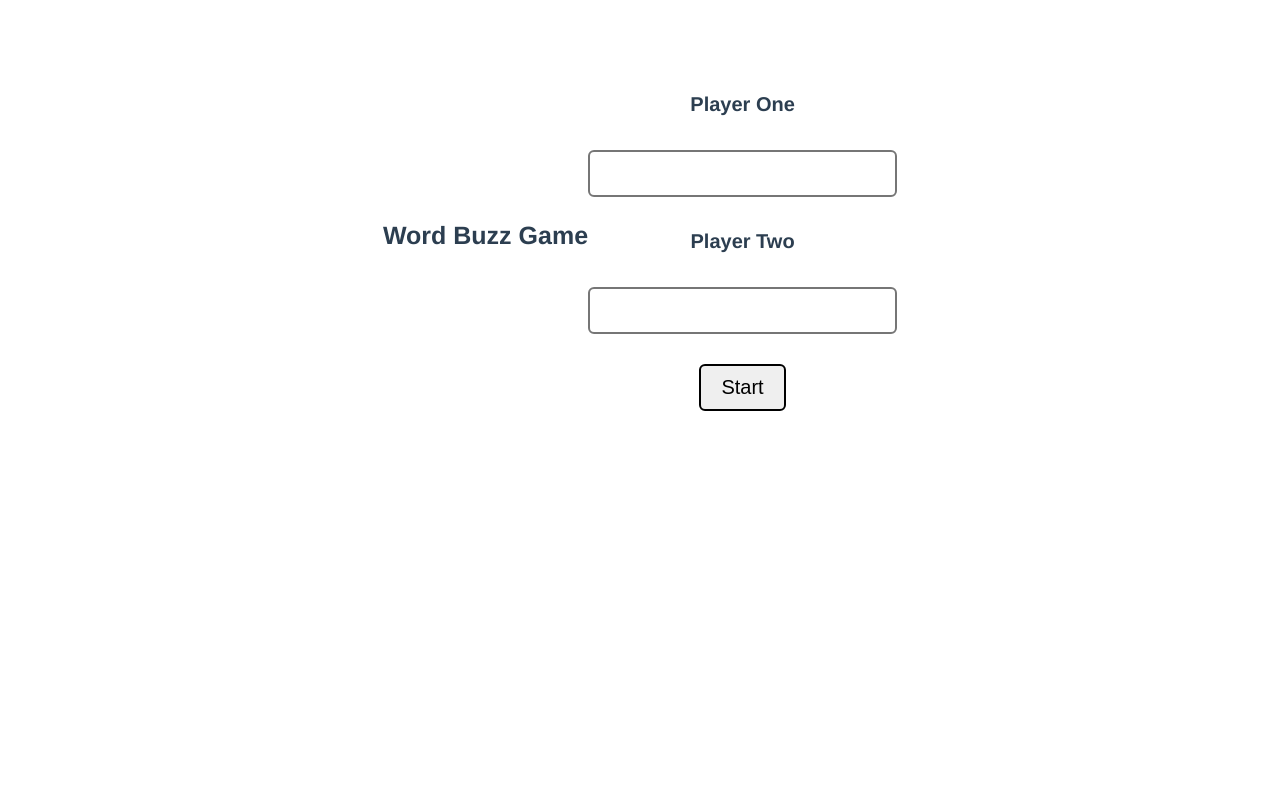
Repository: victorighalo/word-buzz-vue
Page: /
The author's editor kept a copy of each file at every save. The page is drawn from the files as they stood at one save, then again after the next save.
The browser window is 1280 px wide. The pictures show the whole page.
The project was rebuilt for these pictures with package versions that can differ from the ones it lists, and the page was loaded fresh each time. Also part of the build but not shown: vue.config.js.

Above is the page before, as saved 2021-09-19 22:52:58.

### src/App.vue
<template>
  <GameContainer/>
</template>

<script>
import './assets/styles.scss'
import GameContainer from './components/GameContainer.vue'

export default {
  name: 'App',
  components: {
    GameContainer
  }
}
</script>

<style>
#app {
  font-family: Avenir, Helvetica, Arial, sans-serif;
  -webkit-font-smoothing: antialiased;
  -moz-osx-font-smoothing: grayscale;
  text-align: center;
  color: #2c3e50;
  margin-top: 60px;
  height:100vh
}
</style>

### src/assets/styles.scss
@import url('https://fonts.googleapis.com/css?family=Ubuntu');
// * {
//     all: unset;
//     display: revert;
//     box-sizing: border-box;
//     font-family: 'Ubuntu', sans-serif;

// }
// [default-styles] {
//     all: revert;
// }
.mb{
    margin-bottom: 30px !important;
}
.mt{
    margin-top: 30px !important;
}
button {
    padding: 10px 20px;
    border-radius: 6px;
    border-width: 2px;
    border-style: solid;
    font-size: 20px;
    cursor: pointer;
    transition: 0.25s ease;
    &:hover {
        color: #FFF;
        background: #333;
      }
}
input {
    padding: 10px 20px;
    border-radius: 6px;
    border-width: 2px;
    border-style: solid;
    font-size: 20px;
    cursor: pointer;
    transition: 0.25s ease;
    &:focus {
        background: rgb(247, 247, 247);
        border-color: #333;
      }
}
h3{
font-size: 25px;
}

h5{
    font-size: 20px;
    }
.game{
    display: flex;
    justify-content: center;
    align-items: center;
    .container{
        width: 50%;
    display: flex;
    justify-content: center;
    align-items: center;
    }
    .players{
        &>div{
            margin-bottom: 30px !important;
        }
    }
}

### src/components/GameContainer.vue
<template>
  <div class="game">

 <div class="container">
   <div class="header">
     <h3>Word Buzz Game</h3>
   </div>
   <div class="content">
     <div class="players" v-if="!uiProps.gameStarted">
       <div class="mb">
         <h5>Player One</h5>
         <input type="text" v-model="uiProps.playerOne.name">
       </div>
       <div>
         <h5>Player Two</h5>
         <input type="text" v-model="uiProps.playerTwo.name">
       </div>
       <button @click="startGame">Start</button>
     </div>

     <div  class="question__container" v-if="uiProps.gameStarted && nextQuestion === null">
       <h5>Hey! {{uiProps?.playerOne?.name}}, Enter your secret word</h5>
      <div class="question">

          <div>
            <label for="question">Secret Word</label>
            <input type="password" v-model="uiProps.question.value">
          </div>
          <div>
            <label for="question">Word Hint</label>
            <input type="text" v-model="uiProps.question.hint">
          </div>
          <button @click="saveQuestion" >Save</button>

      </div>
     </div>

     <div class="answer__container"  v-if="uiProps.gameStarted && nextQuestion !== null">
         <h5>Word Hint: {{nextQuestion.hint}}</h5>
         <div>
            <h5>Take a guess of the secret Word</h5>
            <p>You have {{guessCount}} tries left</p>
            <input type="text" v-model="uiProps.answer">
          </div>
          <button @click="saveAnswer" >Take a guess</button>
       </div>

   </div>
      </div>
      </div>
      </template>

<script>
  import { GameState } from "../data";
  import { GameModels} from "../models";
export default {
  name: 'Game',
  props: {
    msg: String
  },
  data: GameState,
  methods:{
  startGame(){
    if(this.playersReady){
      this.uiProps.gameStarted = true
    }else{
      alert('Enter Players name')
    }
  },
  saveQuestion(){
    if(!this.questionReady){
      alert('A secret word and hint is required')
      return
    }
    GameModels.question.value = this.uiProps.question.value
    GameModels.question.hint = this.uiProps.question.hint
    GameModels.question.playerId = this.uiProps.playerOne.id
    GameModels.question.answers = []
    GameModels.question.questionKey = this.uiProps.questions.length
    this.uiProps.currentQuestionKey = this.uiProps.questions.length
    this.uiProps.questions.push(GameModels.question)
    console.log(this.uiProps.questions)

  },
    saveAnswer(){
if(this.nextQuestion){
  if(this.uiProps.answer.length < 2){
      alert(`Input an answer`)
      return false
    }
  const valid = this.validateAnswer()
  GameModels.answer.playerId = this.uiProps.playerTwo.id
  GameModels.answer.questionKey = this.nextQuestion.questionKey
  GameModels.answer.value = this.uiProps.answer
  this.uiProps.questions[this.nextQuestion.questionKey].answers.push(GameModels.answer)
  if(valid){
    this.uiProps.currentQuestionKey += 1
  }
}
  },
  validateAnswer(){
    if(this.uiProps.questions[this.nextQuestion.questionKey].value.toLowerCase() === this.uiProps.answer){
      alert(`Correct Answer!!!`)
      this.uiProps.answer = ''
      this.uiProps.question.value = ''
      this.uiProps.question.hint = ''
      return true
    }else{
      alert(`Wrong guess!!! You have ${this.guessCount - 1} tries left`)
      this.uiProps.answer = ''
      return false
    }
  }
  },
  computed: {
    playersReady(){ return this.uiProps.playerOne.name.length > 0 && this.uiProps.playerTwo.name.length > 0 },
    questionReady(){ return this.uiProps.question.value.length > 2 && this.uiProps.question.hint.length > 2 },
    nextQuestion(){
      let question = null
      if(this.uiProps.currentQuestionKey !== null){
      const cq = this.uiProps.questions[this.uiProps.currentQuestionKey]
      if(!cq){
        return null
      }
        if(cq.answers.length - 1 === this.uiProps.maxAnswersCount){
          question = this.uiProps.questions[this.uiProps.currentQuestionKey+1];
        }else{
          question = cq;
        }
        return question
      }
      return question;
    },
    guessCount(){
      if(this.nextQuestion){
        return this.uiProps.maxAnswersCount - this.nextQuestion.answers.length
      }else{
        return 0
      }
    }
  }
}
</script>

### src/data/index.js
export const GameState = function () {
    return {
        uiProps: {
            playerOne:{
            name:'',
            id:0,
            },
            playerTwo:{
            name:'',
            id:1
            },
            gameStarted:false,
            questions: [],
            question:{
                value:'',
                hint:''
            },
            answer:'',
            maxAnswersCount: 20,
            currentQuestionKey: null
    }
}
}

### src/models/index.js
export const GameModels = {
        question: {
            questionKey:null,
            playerId:null,
            value:null,
            hint:null,
            answers:[]
    },
    answer: {
        playerId:null,
        questionKey:null,
        value:null,
    }
}

Loaded but not shown: public/index.html (common file); src/main.js (common file)

After the next save:
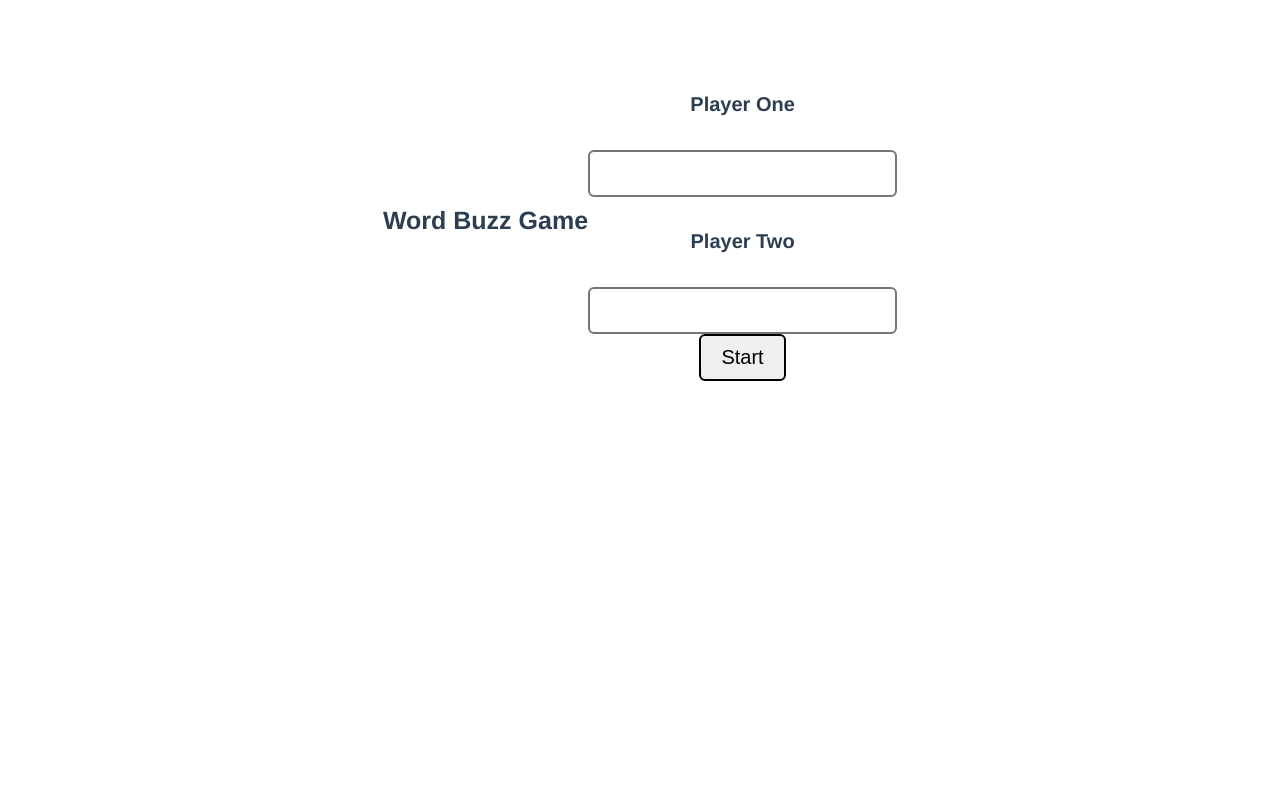
Saved 12 s later.
--- a/src/assets/styles.scss
+++ b/src/assets/styles.scss
@@ -58,9 +58,5 @@ h5{
     justify-content: center;
     align-items: center;
     }
-    .players{
-        &>div{
-            margin-bottom: 30px !important;
-        }
-    }
+
 }

After the save that followed:
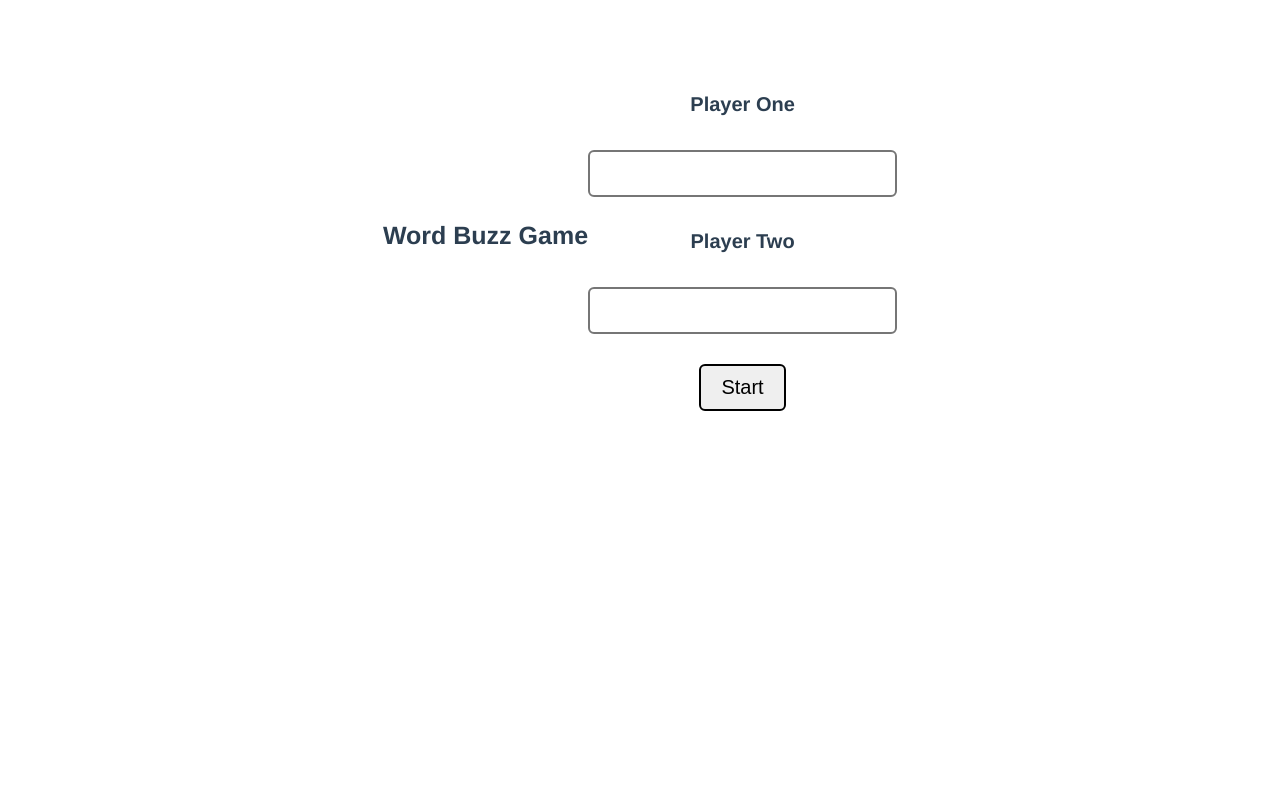
Saved 13 s later.
--- a/src/components/GameContainer.vue
+++ b/src/components/GameContainer.vue
@@ -11,7 +11,7 @@
          <h5>Player One</h5>
          <input type="text" v-model="uiProps.playerOne.name">
        </div>
-       <div>
+       <div class="mb">
          <h5>Player Two</h5>
          <input type="text" v-model="uiProps.playerTwo.name">
        </div>
